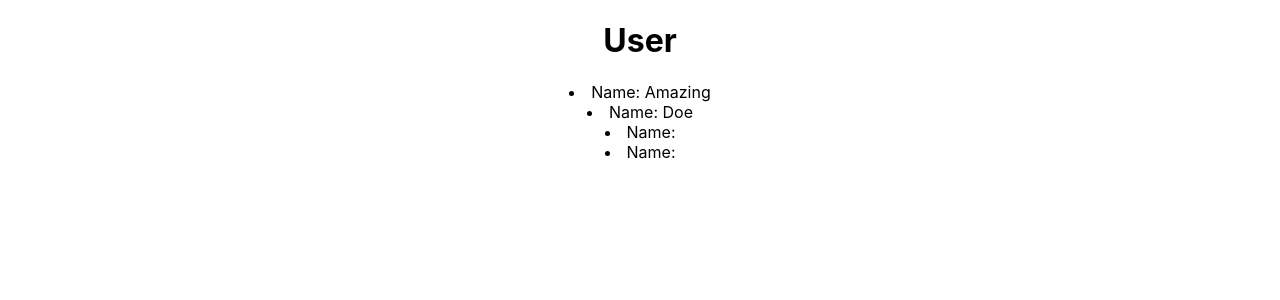
Repository: konstantin0s/iron-exercises
Page: /
The author's editor kept a copy of each file at every save. The page is drawn from the files as they stood at one save, then again after the next save.
The browser window is 1280 px wide. The pictures show the whole page.
The project was rebuilt for these pictures with package versions that can differ from the ones it lists, and the page was loaded fresh each time.

Above is the page before, as saved 2019-03-11 15:14:27.

After the next save:
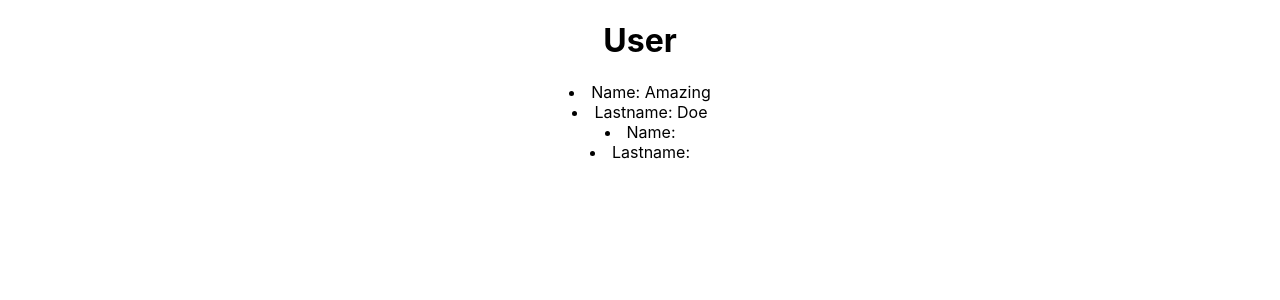
Saved 36 s later.
--- a/src/User.js
+++ b/src/User.js
@@ -6,7 +6,7 @@ class User extends React.Component {
     return (
       <div className="User">
       <li>Name: {this.props.firstName}</li>
-      <li>Name: {this.props.lastName}</li>
+      <li>Lastname: {this.props.lastName}</li>
       </div>
     )
   }
